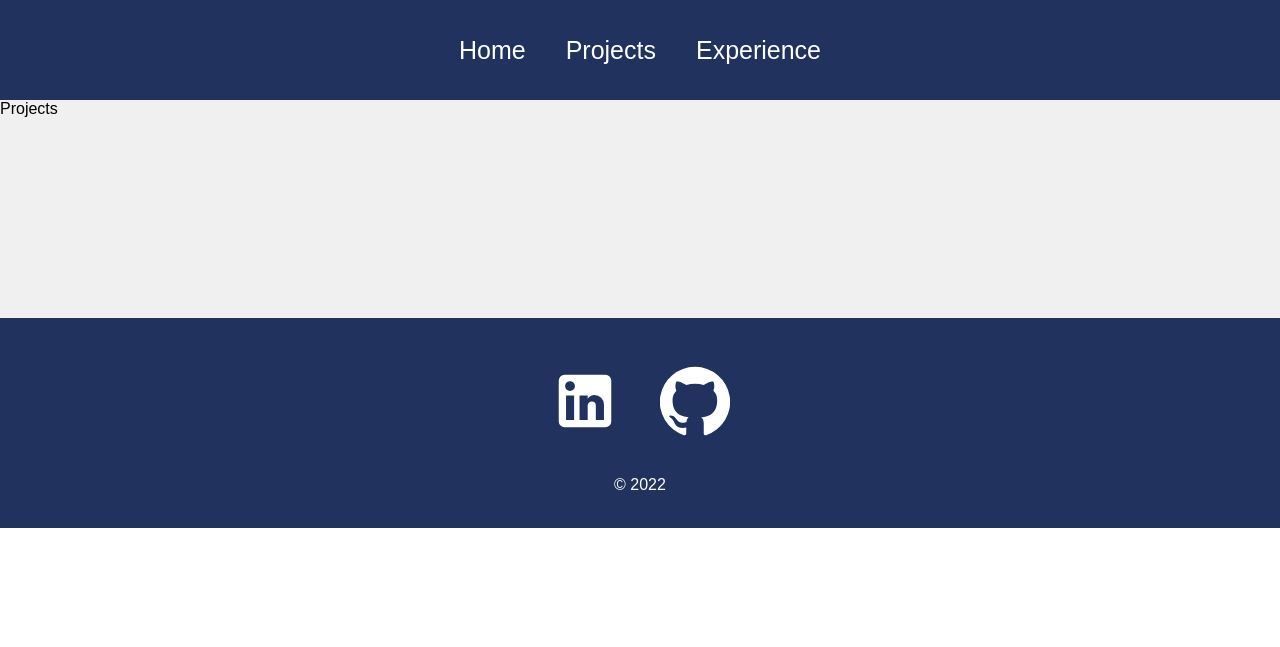
Repository: mireu-san/jw-personal-page
Page: /projects
These files come from the project's save history. The page is drawn as it stood at one moment and after the next save; the edit follows.
The browser window is 1280 px wide. The pictures show the whole page.
The project was rebuilt for these pictures with package versions that can differ from the ones it lists, and the page was loaded fresh each time. Also part of the build but not shown: src/styles/Home.css, src/pages/Home.js, src/pages/Experience.js.

Above is the page before, as saved 2022-11-09 17:43:44.

### src/App.js
import "./App.css";
import { BrowserRouter as Router, Routes, Route } from "react-router-dom";
import Home from "./pages/Home";
import Experience from "./pages/Experience";
import Projects from "./pages/Projects";
import Navbar from "./components/Navbar";
import Footer from "./components/Footer";

function App() {
  return (
    <div className="App">
      <Router>
        {/* #1 차이점? */}
        <Navbar />
        <Routes>
          <Route path="/" element={<Home />} />
          <Route path="/projects" element={<Projects />} />
          <Route path="/experience" element={<Experience />} />
        </Routes>
        <Footer />
      </Router>
    </div>
  );
}

export default App;

### src/App.css
/* recommended default setting */
/* .App {
  text-align: center;
}

body {
  padding: 0;
  margin: 0;
} */


/* end of recommended default setting */

.App {
  width: 100%;
  height: auto;
  display: flex;
  flex-direction: column;
  font-family: Arial, Helvetica, sans-serif;
  background-color: #f0f0f0;
}

body {
  padding: 0;
  margin: 0;
}

### src/pages/Projects.js
import React from "react";

function Projects() {
  return <div className="projects">Projects</div>;
}

export default Projects;

### src/components/Navbar.js
import React, { useEffect, useState } from "react";
import { Link, useLocation } from "react-router-dom";
import "../styles/Navbar.css";
import ReorderIcon from "@material-ui/icons/Reorder";

function Navbar() {
  const [expandNavbar, setExpandNavbar] = useState(false);

  // to let it close when user click mobile menu category
  const location = useLocation();

  useEffect(() => {
    setExpandNavbar(false);
  }, [location]);

  return (
    <div className="navbar" id={expandNavbar ? "open" : "close"}>
      <div className="toggleButton">
        {/* toggle button for mobile */}
        <button
          onClick={() => {
            setExpandNavbar((prev) => !prev);
          }}
        >
          <ReorderIcon />
        </button>
      </div>
      <div className="links">
        <Link to="/"> Home </Link>
        <Link to="/projects"> Projects </Link>
        <Link to="/experience"> Experience </Link>
      </div>
    </div>
  );
}

export default Navbar;

### src/components/Footer.js
import React from "react";
import LinkedInIcon from "@material-ui/icons/LinkedIn";
import GithubIcon from "@material-ui/icons/GitHub";
import "../styles/Footer.css";

function Footer() {
  return (
    <div className="footer">
      <div className="socialMedia">
        <LinkedInIcon />
        <GithubIcon />
      </div>
      <p> &copy; 2022 </p>
    </div>
  );
}

export default Footer;

### src/styles/Navbar.css
.navbar {
    width: 100%;
    height: 100px;
    background: #21325e;
  }

  .links {
    width: 100%;
    height: 100%;
    display: flex;
    align-items: center;
    justify-content: center;
    color: white;
  }

  .navbar a {
    color: white;
    text-decoration: none;
    margin: 20px;
    font-size: 25px;
  }

  .toggleButton {
    width: 100%;
    height: 100px;
    display: flex;
    align-items: center;
    justify-content: flex-end;
  }

  .toggleButton svg {
    font-size: 50px;
  }

  /* toggle button for mobile */
  .toggleButton button {
    margin-right: 20px;
    background-color: transparent;
    border: none;
    color: white;
    cursor: pointer;
  }

  #open {
    height: 100vh;
  }

  #open .links {
    flex-direction: column;
    justify-content: flex-start;
    margin-top: 100px;
  }

  #open a {
    width: 100%;
    text-align: center;
  }

  @media only screen and (max-width: 900px) {
    .navbar a {
      width: 70px;
    }
  }

  @media only screen and (max-width: 600px) {
    .toggleButton {
      display: flex;
    }
    #close a {
      display: none;
    }
  }

  @media only screen and (min-width: 600px) {
    .toggleButton {
      display: none;
    }

    .hiddenLinks {
      display: none;
    }

    #open {
      height: 100px;
    }

    #open .links {
      flex-direction: row;
    }
  }

Loaded but not shown: public/index.html (common file); src/index.js (common file); src/reportWebVitals.js (common file); src/styles/Footer.css (common file)

After the next save:
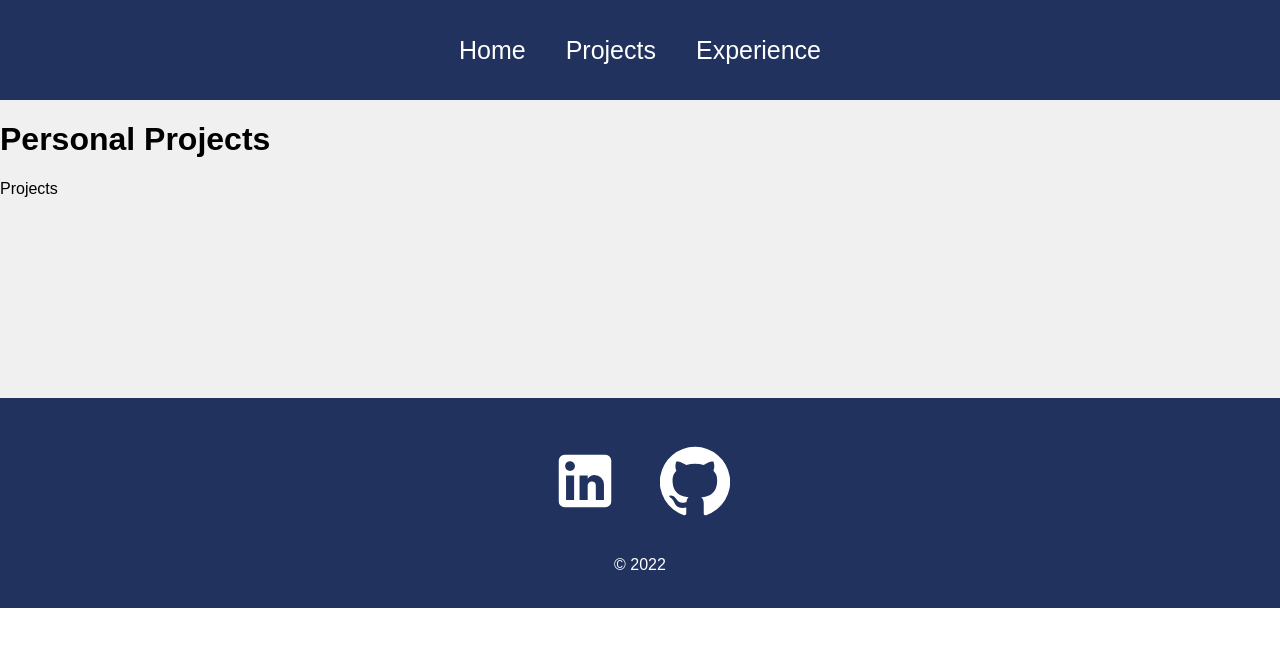
Saved 26 s later.
--- a/src/pages/Projects.js
+++ b/src/pages/Projects.js
@@ -1,7 +1,12 @@
 import React from "react";
 
 function Projects() {
-  return <div className="projects">Projects</div>;
+  return (
+    <div className="projects">
+      <h1>Personal Projects</h1>
+      Projects
+    </div>
+  );
 }
 
 export default Projects;
